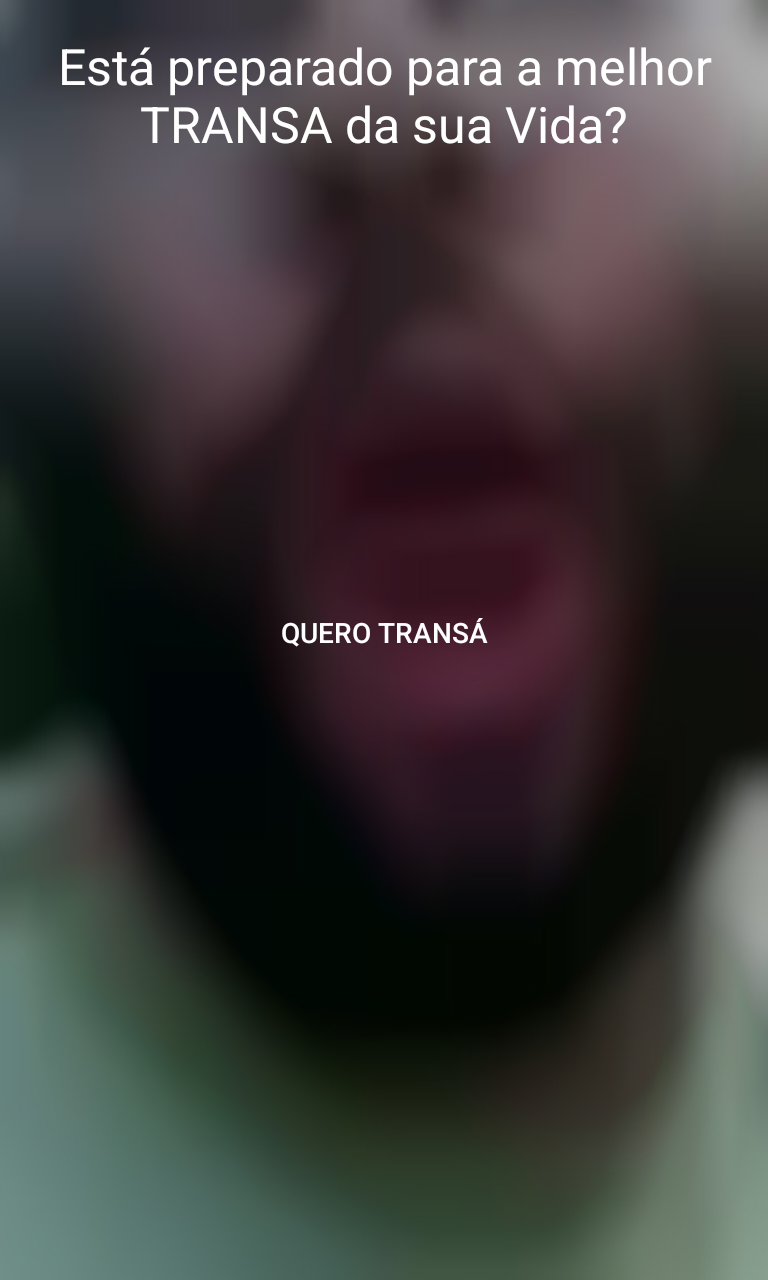
Repository: Cookahn/bioca_sounds
Layout: ChicoBiocaApp/res/layout/activity_main.xml
These files come from the project's save history. The layout is drawn as it stood at one moment and after the next save; the edit follows.
It is drawn on a 768 x 1280 px phone screen (xhdpi) without system bars, with theme AppTheme; the app's code is not run.

Above is the layout before, as saved 2014-08-12 13:12:39.

After the next save:
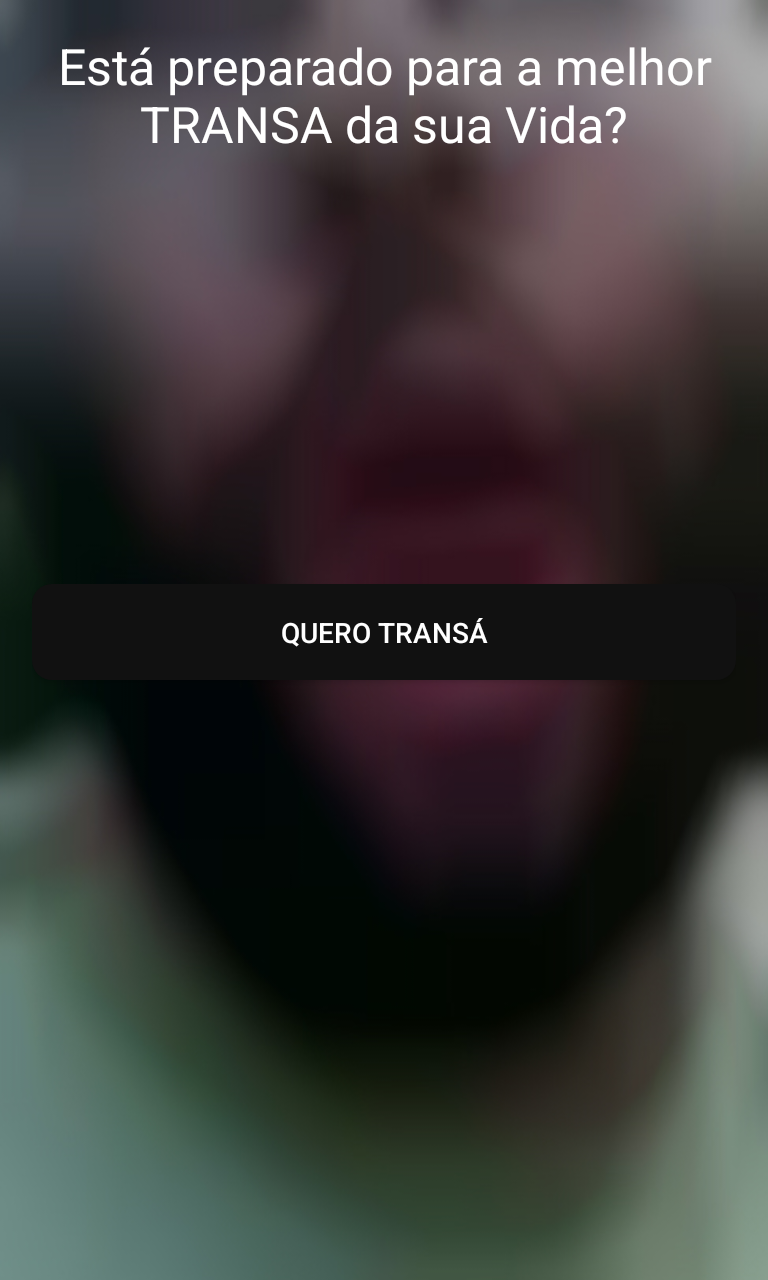
Saved 5 s later.
--- a/ChicoBiocaApp/res/drawable-mdpi/button_to_fuck.xml
+++ b/ChicoBiocaApp/res/drawable-mdpi/button_to_fuck.xml
@@ -2,7 +2,7 @@
 <shape xmlns:android="http://schemas.android.com/apk/res/android"
     android:shape="rectangle" android:padding="10dp">
     <!-- you can use any color you want I used here gray color-->
-    <solid android:color="#11"/>
+    <solid android:color="#111"/>
     <corners
         android:bottomRightRadius="10dp"
         android:bottomLeftRadius="10dp"
